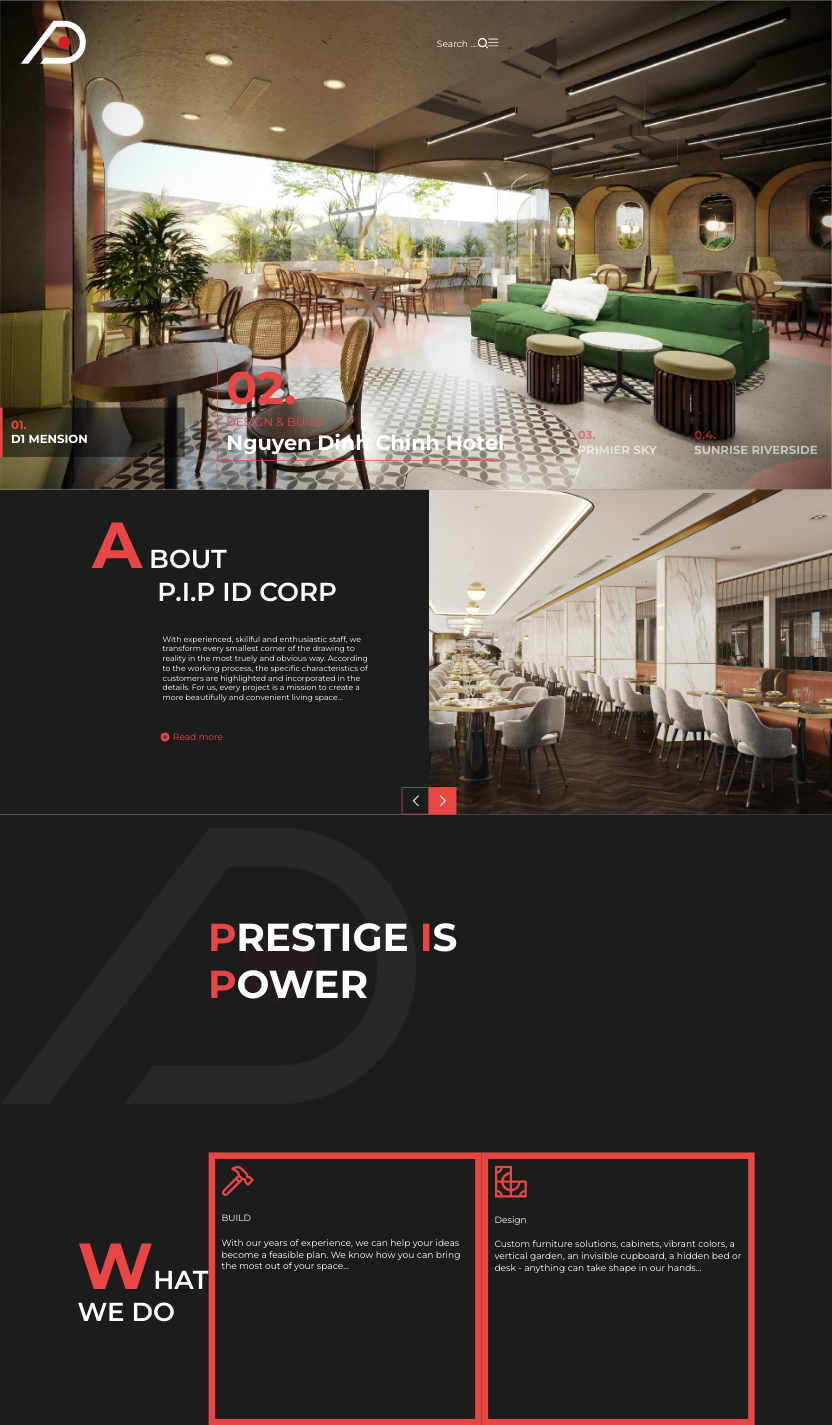
Repository: huudang2840/pipHomePage
Page: index.html
An editor plug-in stored every save of this project. The page is shown before and after the next save, followed by the edit.
The browser window is 1280 px wide. The pictures show the whole page, at 65% of full size.

Above is the page before, as saved 2023-03-21 15:09:01.

After the next save:
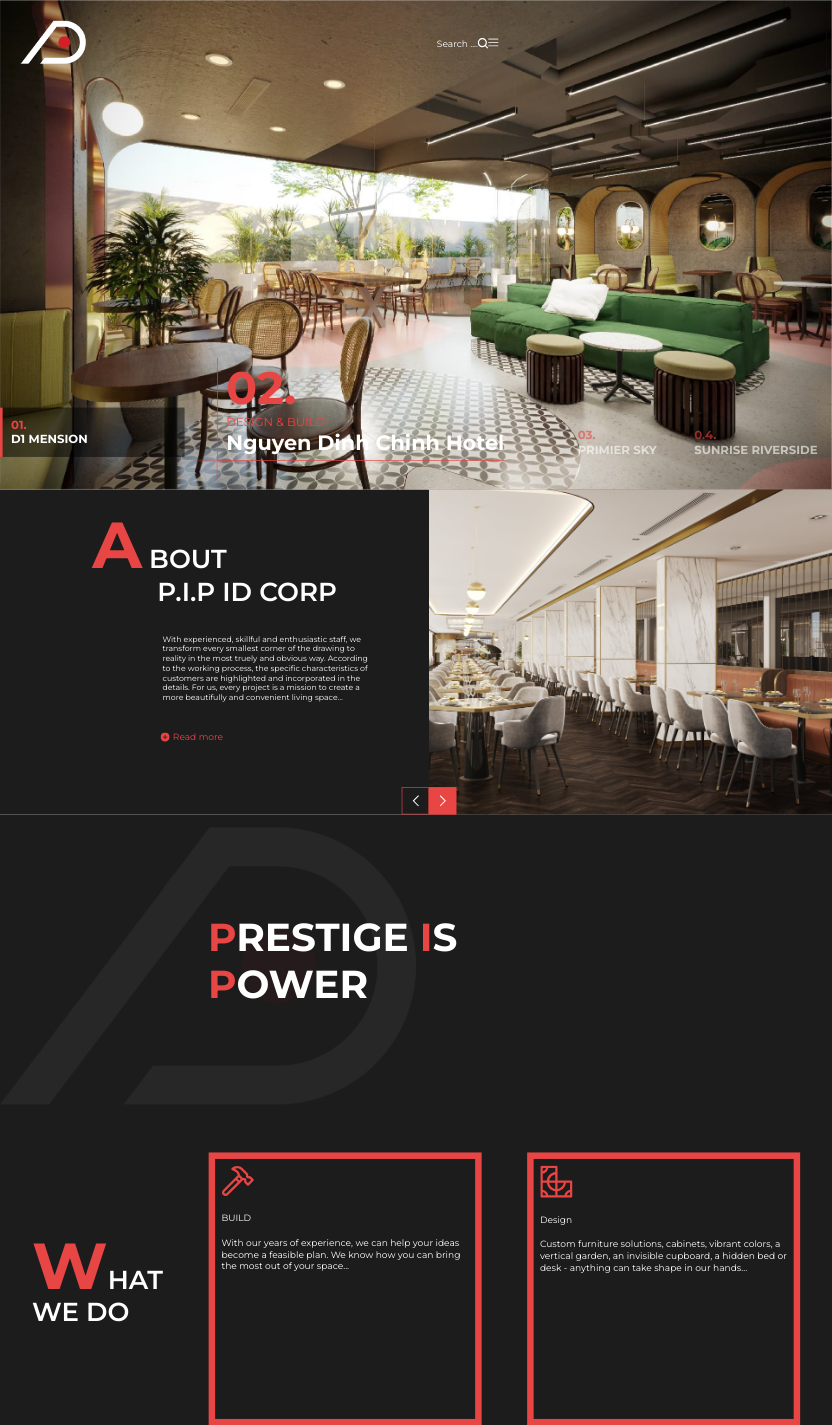
Saved 46 s later.
--- a/style/style.css
+++ b/style/style.css
@@ -277,6 +277,7 @@
   height: 400px;
   width: 400px;
   border: 10px solid var(--color-red);
+  margin-left: 70px;
 }
 .wedo__bottom__item > * {
   padding: 10px;
